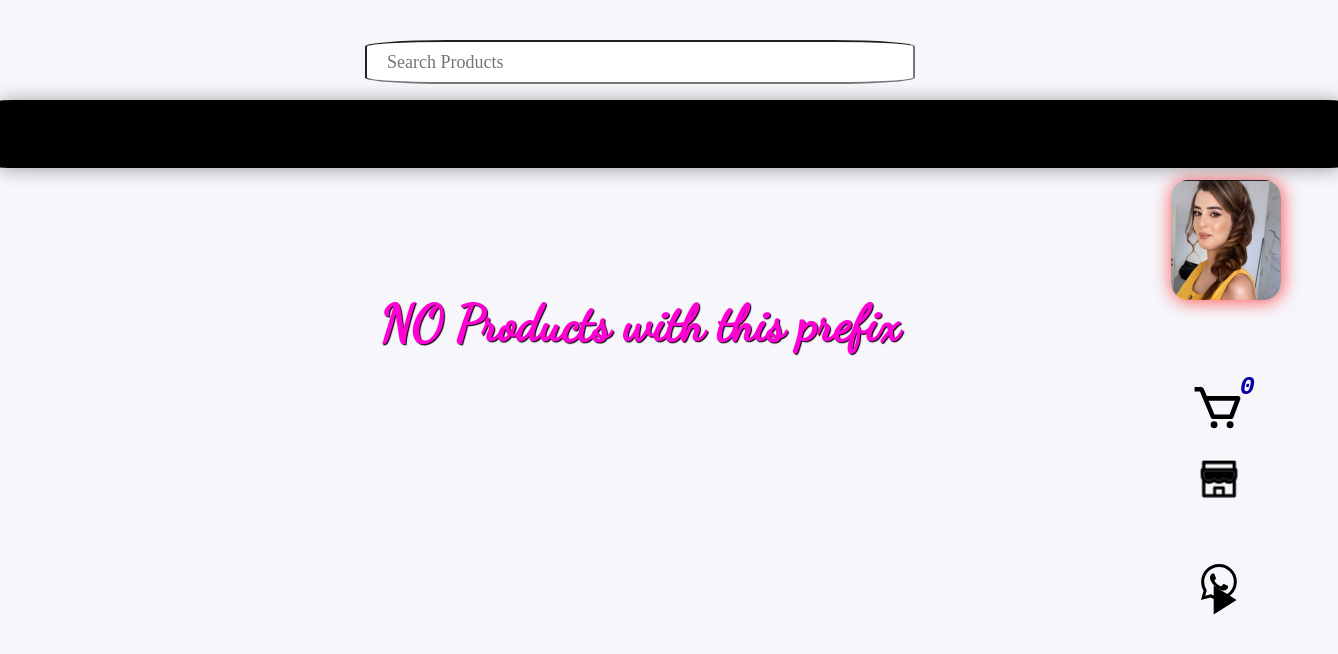
Repository: rehamAbass/BeautyCareShop
Page: /
These files come from the project's save history. The page is drawn as it stood at one moment and after the next save; the edit follows.
The browser window is 1280 px wide. The page is 1338 px wide, so the pictures cover 1338 px, including what lies to the right of the window. The pictures show the whole page.
The page's requests for data from a server got no answer. Some web fonts or font styles are not loaded; a fallback is used. The project was rebuilt for these pictures with package versions that can differ from the ones it lists, and the page was loaded fresh each time. No one was signed in, and anything a server would have sent is missing. Also part of the build but not shown: src/components/allProducts/prod/card.css, src/components/allProducts/prod/card.component.jsx, src/components/myCart/myCart.css, src/components/myCart/cartProduct/cartProduct.css, src/components/myCart/cartProduct/cartProduct.jsx, src/components/myCart/myCart.jsx. Imported but missing from the stored project, and not drawn on this page: src/components/header/music/ed.mp3.

Above is the page before, as saved 2022-06-08 13:26:01.

After the next save:
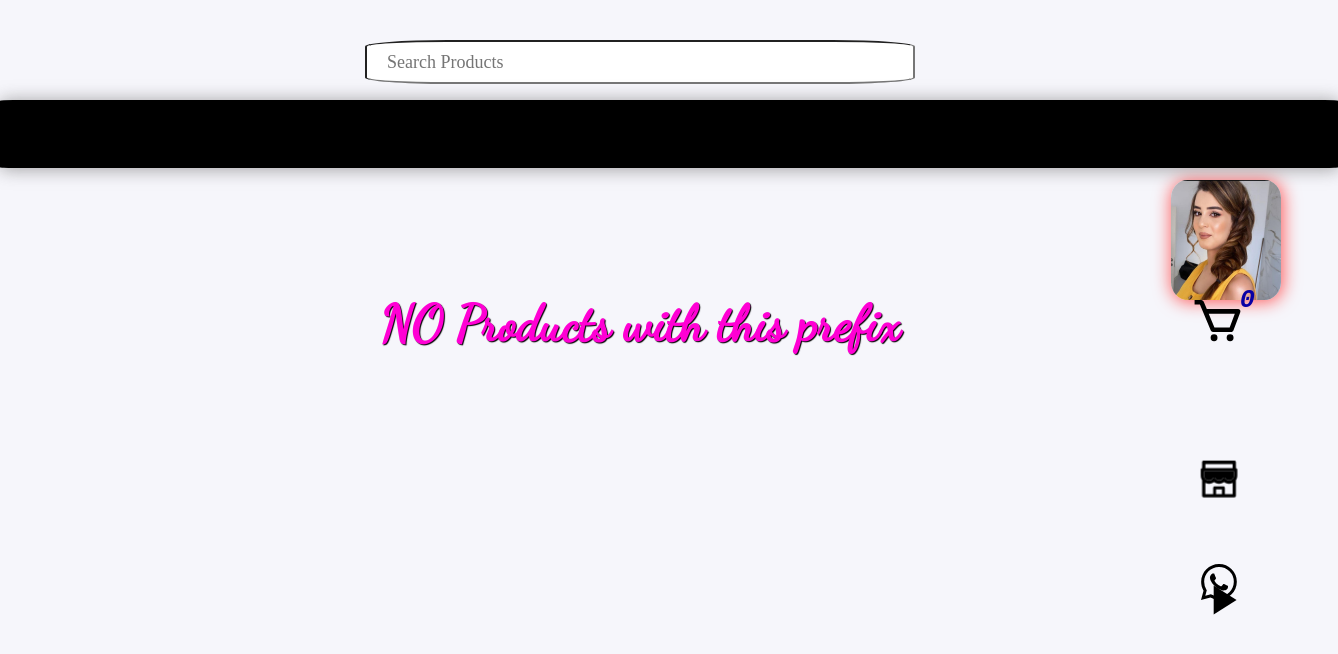
Saved 30 s later.
--- a/src/components/header/cartIcon/cart.css
+++ b/src/components/header/cartIcon/cart.css
@@ -14,7 +14,7 @@
 .cart-container{
     position:fixed;
     margin-left: 93%;
-    margin-top: 24%;
+    margin-top: 220px;
 }
 .cart-container:hover{
     color:rgb(0, 0, 0);
